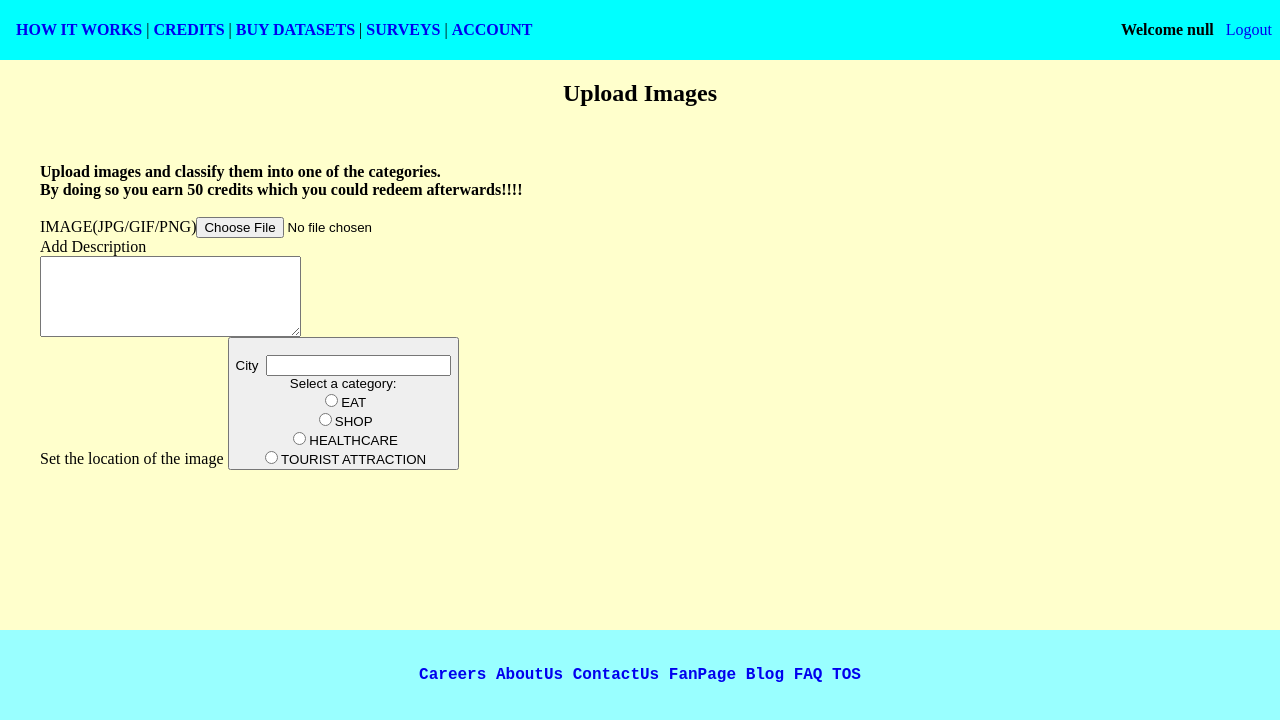
Repository: nicks707/LocoShack_TGMC-project
Page: http://localhost/ram/uploadphoto.jsp
The author's editor kept a copy of each file at every save. The page is drawn from the files as they stood at one save, then again after the next save.
The browser window is 1280 px wide. The pictures show the whole page.
The page is served by Tomcat 9.

Above is the page before, as saved 2012-03-20 11:29:23.

After the next save:
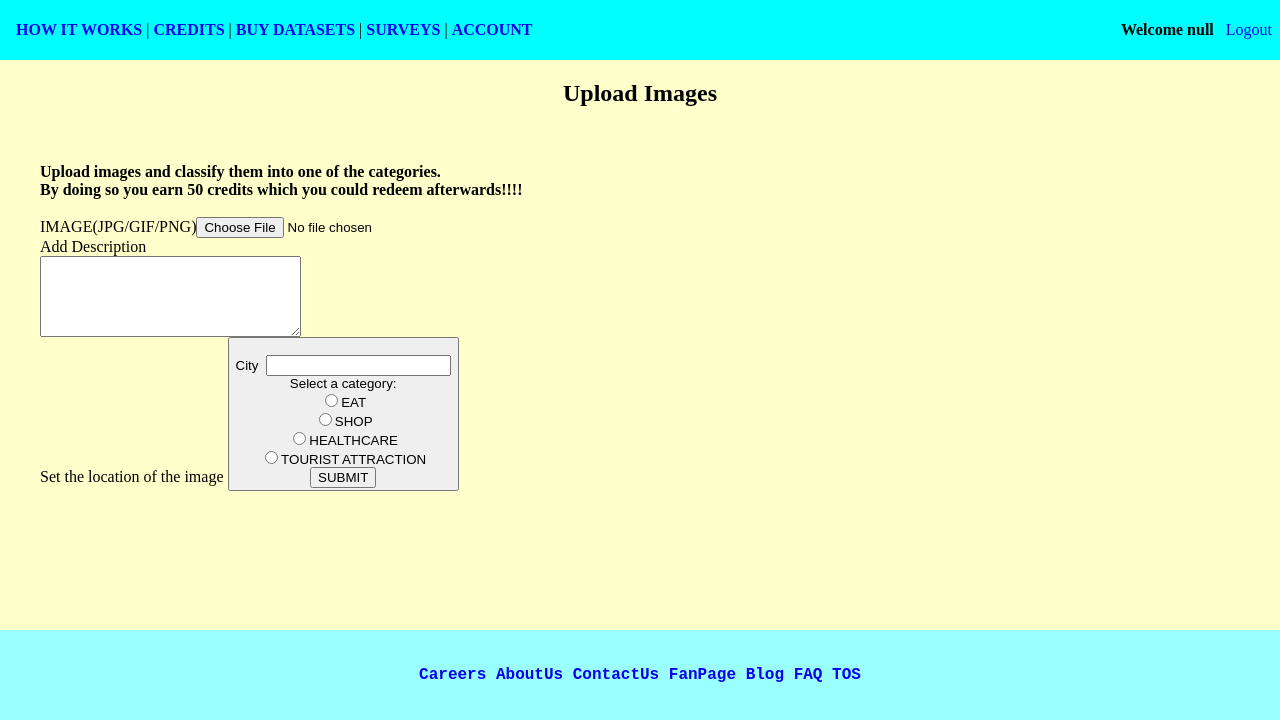
Saved 33 s later.
--- a/ram/WebContent/uploadphoto.jsp
+++ b/ram/WebContent/uploadphoto.jsp
@@ -33,6 +33,7 @@ Select a category:<br/>
 <input type="radio" name="cat" value="shop">SHOP<br/>
 <input type="radio" name="cat" value="health">HEALTHCARE<br/>
 <input type="radio" name="cat" value="tour">TOURIST ATTRACTION<br/>
+<div align="center"><input type="submit" value="SUBMIT"></div>
 
 
 
